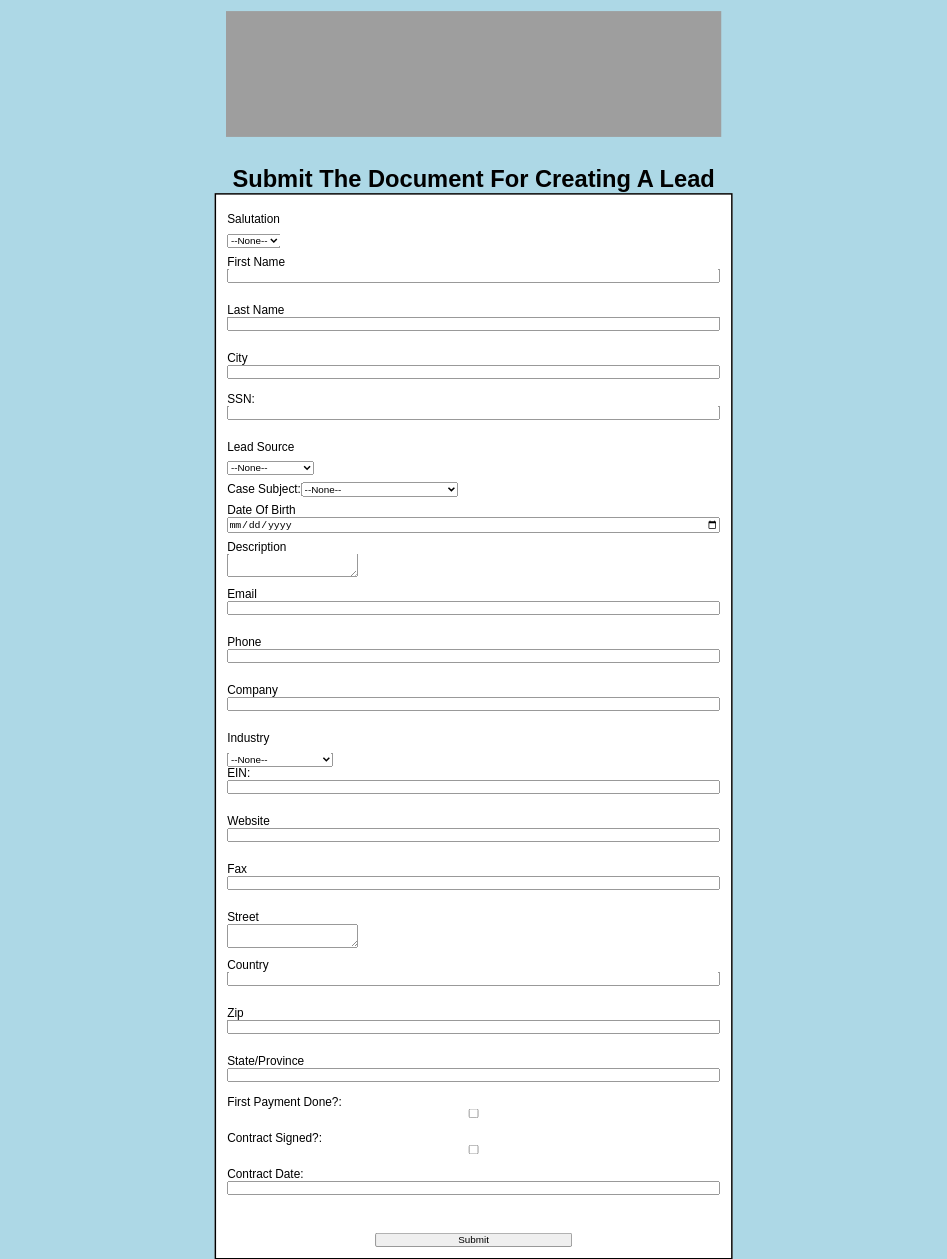
Repository: yaseminvural99/changeForce
Page: index.html
An editor plug-in stored every save of this project. The page is shown before and after a run of saves, followed by the edit.
The browser window is 1280 px wide. The pictures show the whole page, at 74% of full size.
Pictures or frames that could not be fetched are drawn as grey boxes.

Above is the page before, as saved 2024-04-27 22:23:44.

### index.html
<!DOCTYPE html>
<!--How to Save ScreenShots as JPG on Mac-->
<!--https://www.youtube.com/watch?v=o4CYzVg10yg-->
<!--Salesforce web to lead or case tutorial-->
<!--https://www.youtube.com/watch?v=bW76sT2gmlU-->

<html lang="en">
<head>
    <meta charset="UTF-8">
    <meta name="'viewport" content="width=device-width, initial-scale=1.0">
    <title>Document</title>
    <link rel="stylesheet" href="style.css">
    <script src="https://www.google.com/recaptcha/api.js"></script>
</head>
<body>
    <div class="banner">
        <img src="https://t3.ftcdn.net/jpg/05/75/22/58/360_F_575225818_PQ2ZPHFw51yCcmieutB5bT843nPAPzo3.jpg" alt="Banner Image">
    </div>
    <h1>Submit The Document For Creating A Lead</h1>


    <form action="https://test.salesforce.com/servlet/servlet.WebToLead?encoding=UTF-8" onsubmit="beforeSubmit()" method="POST">

    <input type=hidden name="oid" value="00DU8000000LYuv">
    <input type=hidden name="retURL" value="https://yaseminvural99.github.io/changeForce/thankyou.html">
    <input type="hidden" name="Date_of_Birth__c" id="Date_of_Birth__c">

    <input type=hidden name='captcha_settings' value='{"keyname":"GitHub","fallback":"true","orgId":"00DU8000000LYuv","ts":""}'>


    <label for="salutation">Salutation</label><select  id="salutation" name="salutation"><option value="">--None--</option><option value="Mr.">Mr.</option>
    <option value="Ms.">Ms.</option>
    <option value="Mrs.">Mrs.</option>
    <option value="Dr.">Dr.</option>
    <option value="Prof.">Prof.</option>
    <option value="Mx.">Mx.</option>
    </select><br>

    <label for="first_name">First Name</label><input required id="first_name"  name="first_name" size="20" type="text" /><br>

    <label for="last_name">Last Name</label><input  required id="last_name"  name="last_name" size="20" type="text" /><br>

    <label for="city">City</label><input  id="city" name="city" size="20" type="text" /><br>

    SSN:<input  id="00NU8000000K5Zp"  name="00NU8000000K5Zp" size="20" type="text" /><br>

    <label for="lead_source">Lead Source</label><select  id="lead_source" name="lead_source"><option value="">--None--</option><option value="Web">Web</option>
    <option value="Phone Inquiry">Phone Inquiry</option>
    <option value="Partner Referral">Partner Referral</option>
    <option value="Purchased List">Purchased List</option>
    <option value="Other">Other</option>
    </select><br>

    Case Subject:<select  id="00NU8000000K5Wb" name="00NU8000000K5Wb" title="Case Subject"><option value="">--None--</option><option value="Affirmative Asylum">Affirmative Asylum</option>
    <option value="AOS Through Asylum">AOS Through Asylum</option>
    <option value="AOS Through Lottery">AOS Through Lottery</option>
    <option value="AOS Through Marriage">AOS Through Marriage</option>
    <option value="Change of Status (B2-F1/J1-F1)">Change of Status (B2-F1/J1-F1)</option>
    <option value="Company Formation">Company Formation</option>
    <option value="Consular Processing (Marriage)">Consular Processing (Marriage)</option>
    <option value="Defensive Asylum (!Non-NTA)">Defensive Asylum (!Non-NTA)</option>
    <option value="Defensive Asylum (Non-NTA)">Defensive Asylum (Non-NTA)</option>
    <option value="Defensive Asylum (NTA)">Defensive Asylum (NTA)</option>
    <option value="E-2 (Change of status)">E-2 (Change of status)</option>
    <option value="E-2 visa">E-2 visa</option>
    <option value="General Immigration">General Immigration</option>
    <option value="I-130 (Marriage)">I-130 (Marriage)</option>
    <option value="I-601A Waiver">I-601A Waiver</option>
    <option value="I-730 (Asylee Relative Petition)">I-730 (Asylee Relative Petition)</option>
    <option value="I-751 (Removing Conditions)">I-751 (Removing Conditions)</option>
    <option value="I-765">I-765</option>
    <option value="J-1 2 Year Rule Waiver">J-1 2 Year Rule Waiver</option>
    <option value="K-1 visa">K-1 visa</option>
    <option value="Mandamus">Mandamus</option>
    <option value="Naturalization">Naturalization</option>
    <option value="Personal Injury">Personal Injury</option>
    <option value="Uncontested Divorce">Uncontested Divorce</option>
    <option value="U visa">U visa</option>
    <option value="VAWA">VAWA</option>
    </select><br>

    <!--Date of Birth:<span class="dateInput dateOnlyInput"><input  id="00NU8000000K5bR" name="00NU8000000K5bR" size="12" type="text" /></span><br>-->
    <label for="date-of-birth"></label>Date Of Birth<input type="date" id="date-of-birth" placeholder="MM/DD/YYYY"/>
    <label for="description">Description</label><textarea name="description"></textarea><br>

    <label for="email">Email</label><input  id="email"  name="email" size="20" type="text" /><br>

    <label for="phone">Phone</label><input  id="phone" name="phone" size="20" type="text" /><br>

    <label for="company">Company</label><input  id="company" name="company" size="20" type="text" /><br>

    <label for="industry">Industry</label><select  id="industry" name="industry"><option value="">--None--</option><option value="Agriculture">Agriculture</option>
    <option value="Apparel">Apparel</option>
    <option value="Banking">Banking</option>
    <option value="Biotechnology">Biotechnology</option>
    <option value="Chemicals">Chemicals</option>
    <option value="Communications">Communications</option>
    <option value="Construction">Construction</option>
    <option value="Consulting">Consulting</option>
    <option value="Education">Education</option>
    <option value="Electronics">Electronics</option>
    <option value="Energy">Energy</option>
    <option value="Engineering">Engineering</option>
    <option value="Entertainment">Entertainment</option>
    <option value="Environmental">Environmental</option>
    <option value="Finance">Finance</option>
    <option value="Food &amp; Beverage">Food &amp; Beverage</option>
    <option value="Government">Government</option>
    <option value="Healthcare">Healthcare</option>
    <option value="Hospitality">Hospitality</option>
    <option value="Insurance">Insurance</option>
    <option value="Machinery">Machinery</option>
    <option value="Manufacturing">Manufacturing</option>
    <option value="Media">Media</option>
    <option value="Not For Profit">Not For Profit</option>
    <option value="Recreation">Recreation</option>
    <option value="Retail">Retail</option>
    <option value="Shipping">Shipping</option>
    <option value="Technology">Technology</option>
    <option value="Telecommunications">Telecommunications</option>
    <option value="Transportation">Transportation</option>
    <option value="Utilities">Utilities</option>
    <option value="Other">Other</option>
    </select><br>

    EIN:<input  id="00NU8000000K5YD"  name="00NU8000000K5YD" size="20" type="text" /><br>

    <label for="url">Website</label><input  id="url" name="url" size="20" type="text" /><br>

    <label for="fax">Fax</label><input  id="fax" name="fax" size="20" type="text" /><br>

    <label for="street">Street</label><textarea name="street"></textarea><br>

    <label for="country">Country</label><input  id="country"  name="country" size="20" type="text" /><br>

    <label for="zip">Zip</label><input  id="zip"name="zip" size="20" type="text" /><br>

    <label for="state">State/Province</label><input  id="state"  name="state" size="20" type="text" /><br>

    First Payment Done?:<input  id="00NU8000000K5d3" name="00NU8000000K5d3" type="checkbox" value="1" /><br>

    Contract Signed?:<input  id="00NU8000000K5gH" name="00NU8000000K5gH" type="checkbox" value="1" /><br>

    Contract Date:<span class="dateInput dateOnlyInput"><input  id="00NU8000000K5ef" name="00NU8000000K5ef" size="12" type="text" /></span><br>
    <!--<label for="Contract_Date__c"></label>Contract Date<input type="date" id="Contract_Date__c"/> <br>-->

   <div class="g-recaptcha" data-sitekey="6LdLUckpAAAAAEQrNT34BuKSechRAbq06e6ngJoS"></div><br>
    <input type="submit" name="submit">

    </form>
</body>
</html>

### style.css
*{
    margin: 0;
    padding: 0;
    box-sizing: border-box;
}
body {
    background-color: #add8e6; /* Light blue */
    font-family: Arial, sans-serif;
}
h1{
    text-align: center;
    margin-top: 20px;
}
label, input{
    display: block;

}
label{
    margin-top: 10px;
}
input{
    width: 100%;
}
form{
    min-width: 500px;
    max-width: 700px;
    margin: 0 auto;
    border: 2px solid black;
    padding: 15px;
    background-color: #ffffff;
}
select{
    margin-top: 10px;

}
option{
    margin-top: 10px;


}
input[type="submit"]{
    margin: 15px auto 0 auto;
    width: 40%;


}
.banner {
    text-align: center;
    margin-bottom: 20px;
}

.banner img {
    width: 700px;
    height:200px;
    object-fit:fill;
    padding: 15px;
}
.g-recaptcha{
    mar

}

After the next 10 saves:
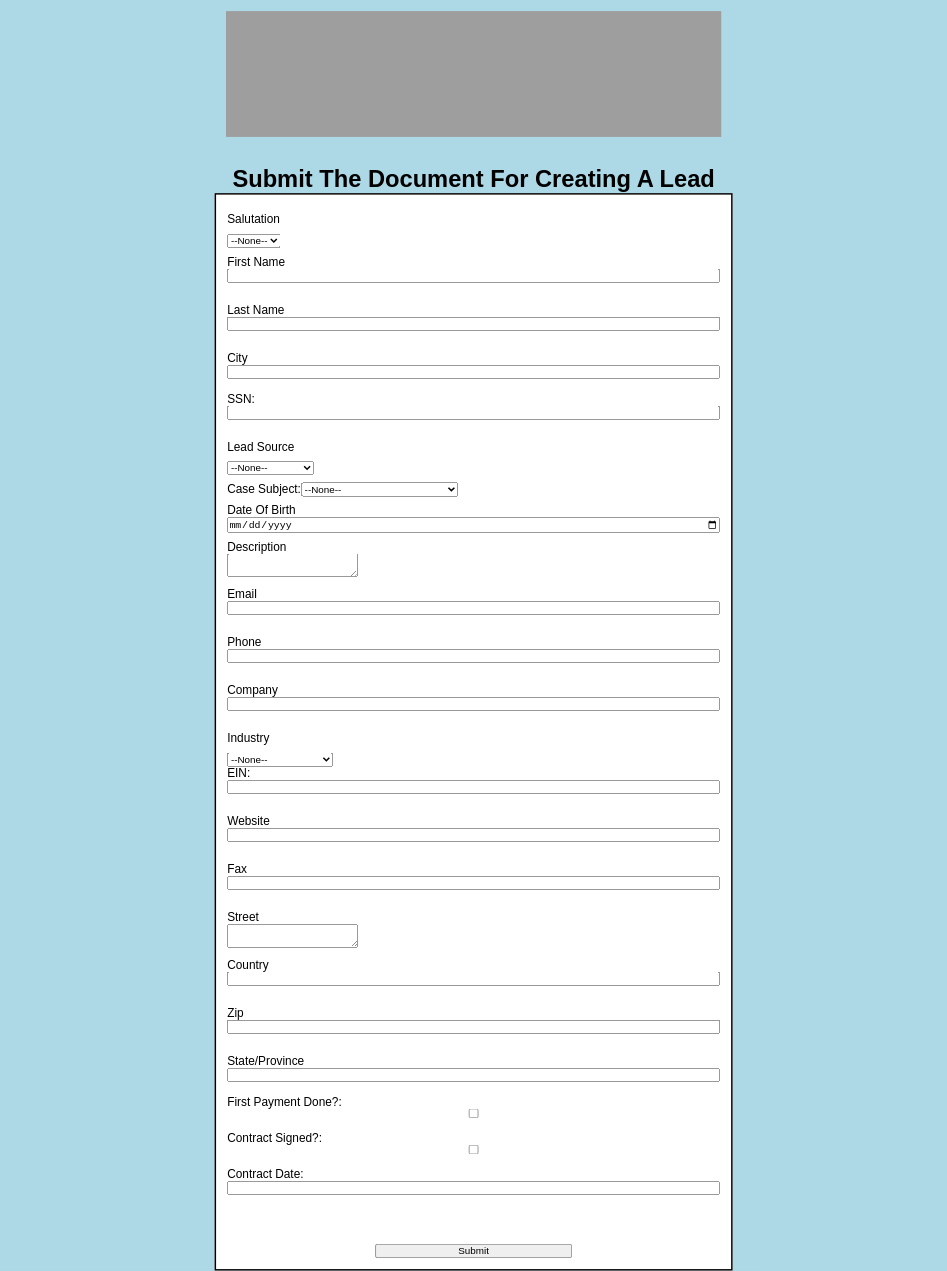
The 10 saves are shown as one change because they came seconds apart.
The last was saved 26 s later.
--- a/style.css
+++ b/style.css
@@ -56,6 +56,8 @@ input[type="submit"]{
     padding: 15px;
 }
 .g-recaptcha{
-    mar
+    margin-top: 15px;
+    display: flex;
+
 
 }
